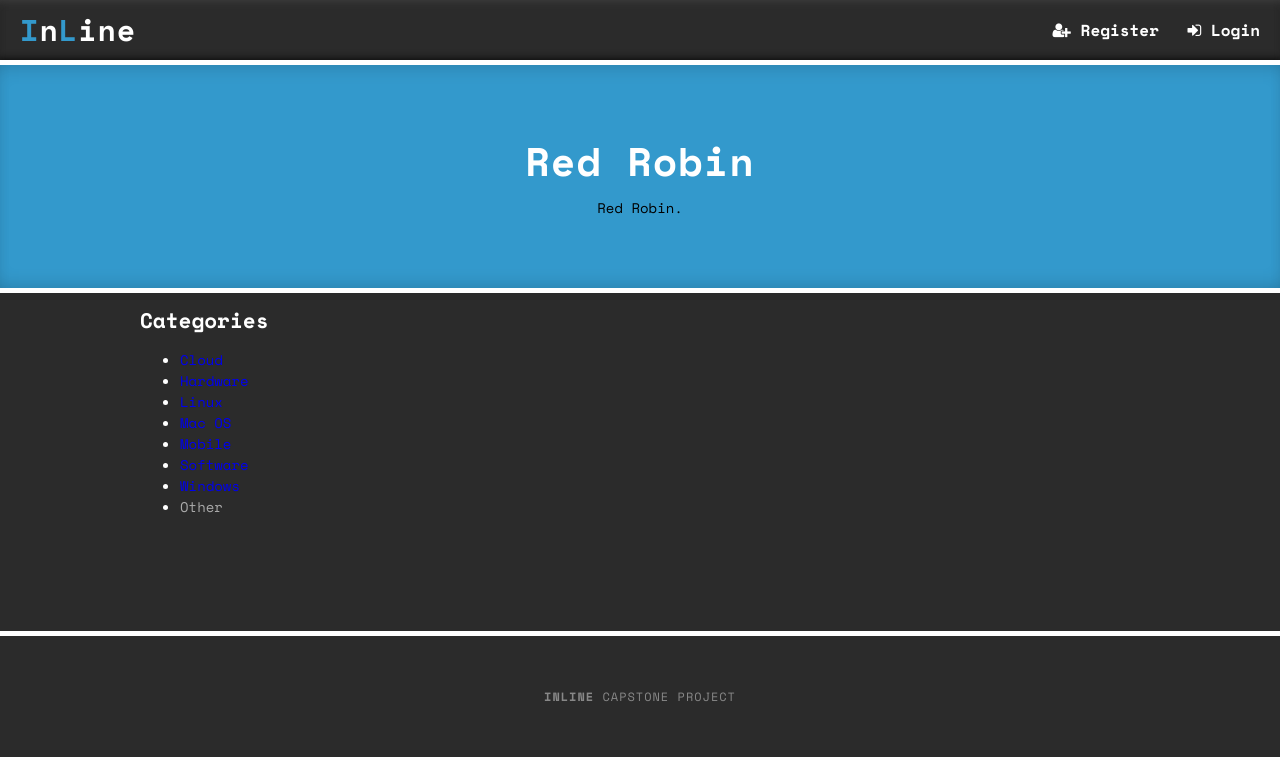
Repository: jpierik/CSI499-Restaurant-App
Page: http://localhost/capstone/redrobin.php
The author's editor kept a record of every edit. The page is drawn from the files as they stood at one moment, then again after the next edit.
The browser window is 1280 px wide. The pictures show the whole page.
Some web libraries are served in a nearby version. The page is run by PHP 8.4 with error messages shown; the project is at /var/www/html/. capstone/config.php is not in the repository; a stand-in opens the database connection. Queries for data that is not in the repository find no rows.

Above is the page before.

After the next edit:
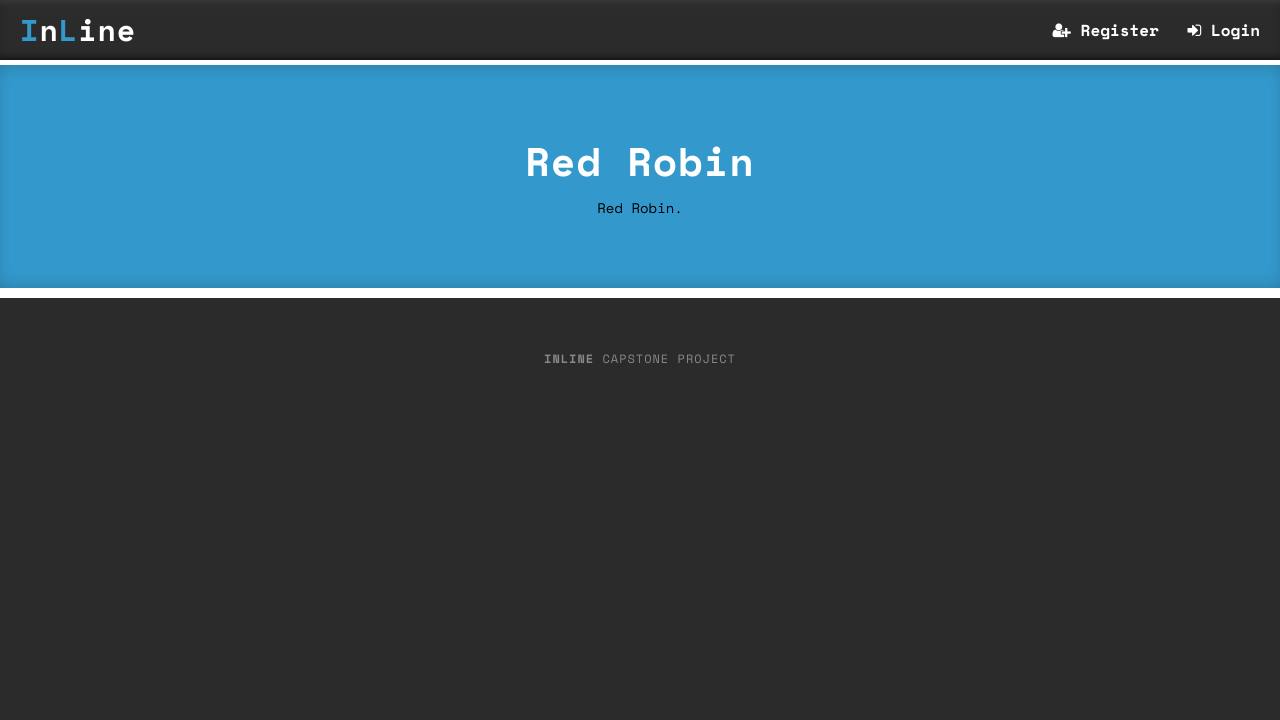
The edit:
--- a/Nick/InLinePHPWebsite/capstone/redrobin.php
+++ b/Nick/InLinePHPWebsite/capstone/redrobin.php
@@ -25,73 +25,8 @@
 
             <!-- SIDEBAR -->
 
-            <aside class="sidebar">
-
-                <?php if ($USER) { ?>
-
-                <h3>Hello, <?=$USER?>!</h3>
-
-                <?php } else { ?>
-
-                <?php } ?>
-
-
-                <h2>Categories</h2>
-                <ul>
-                    <li><a href="cloud.php">Cloud</a></li>
-                    <li><a href="hardware.php">Hardware</a></li>
-                    <li><a href="linux.php">Linux</a></li>
-                    <li><a href="mac.php">Mac OS</a></li>
-                    <li><a href="mobile.php">Mobile</a></li>
-                    <li><a href="software.php">Software</a></li>
-                    <li><a href="windows.php">Windows</a></li>
-                    <li><a style="color:#aaa;" href="other.php">Other</a></li>
-                </ul>
-            </aside>
-
             <!-- ARTICLE LIST -->
 
-            <section class="articles">
-
-                <?php
-
-
-                 $sql = "SELECT * FROM article WHERE category = 'cloud' ORDER BY votecount DESC;";
-                 $result = $conn->query($sql);
-//$row = $result->fetch_assoc();
-             //   echo $row['title'];
-
-        //        echo "hi";
-                while($row = $result->fetch_assoc())  {?>
-
-                <!-- ARTICLE -->
-                <article id="article-id">
-                    <a href="<?=$row['link']?>">
-                        <h1><?=$row['title']?></h1>
-                        <span><?=$row['link']?></span>
-                    </a>
-                    <div class="description">
-                        <b class="category"><?=$row['category']?></b> <?=$row['excerpt']?>
-                    </div>
-                    <div class="post-footer">
-                        <div class="date">
-                            Posted on <?=$row['date']?>
-                        </div>
-                        <div class="right">
-                            <div class="vote-count"><?=$row['votecount']?></div>
-                                <div class="icons">
-                                    <i class="up fa fa-arrow-up"></i>
-                                    <i class="down fa fa-arrow-down"></i>
-                                    <i class="bm fa fa-bookmark"></i>
-                                </div>
-                        </div>
-                    </div>
-                </article>
-                <?php
-// echo "hi2";
-                 } ?>
-
-            </section>
 
         </main>
 
